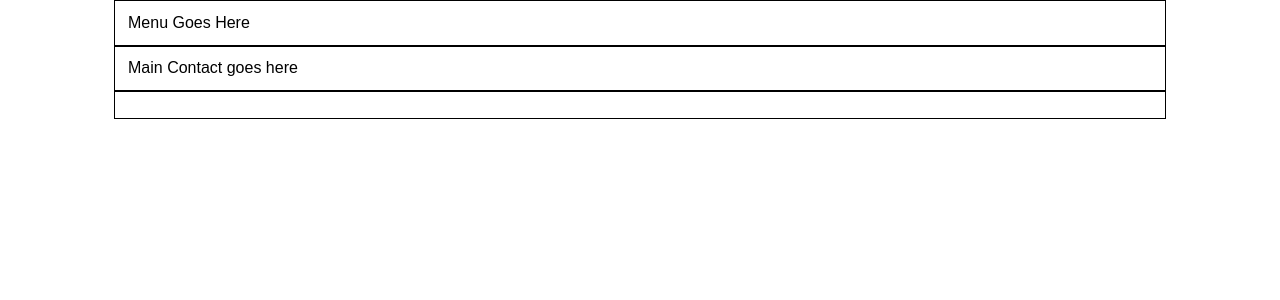
Repository: yazshrilld/food_order
Page: http://localhost/admin/index.php
The author's editor kept a copy of each file at every save. The page is drawn from the files as they stood at one save, then again after a run of saves.
The browser window is 1280 px wide. The pictures show the whole page.
The page is run by PHP 8.4 with error messages shown; the project is at /var/www/html/.

Above is the page before, as saved 2021-01-24 16:06:40.

After the next 3 saves:
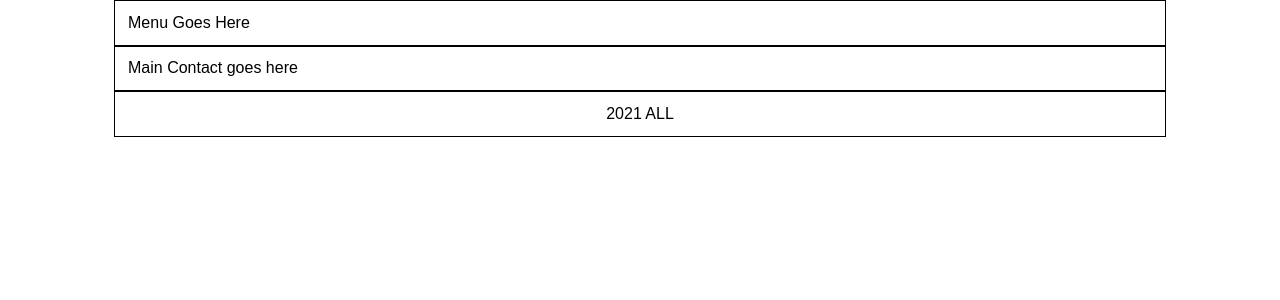
The 3 saves are shown as one change because they came seconds apart.
The last was saved 20 s later.
--- a/admin/index.php
+++ b/admin/index.php
@@ -23,7 +23,7 @@
         <!-- Footer Section Starts -->
             <div class="footer">
                 <div class="wrapper">
-                    <p class="text-center"></p>
+                    <p class="text-center">2021 ALL </p>
                 </div>
             </div>
         <!-- Footer Section Ends -->
